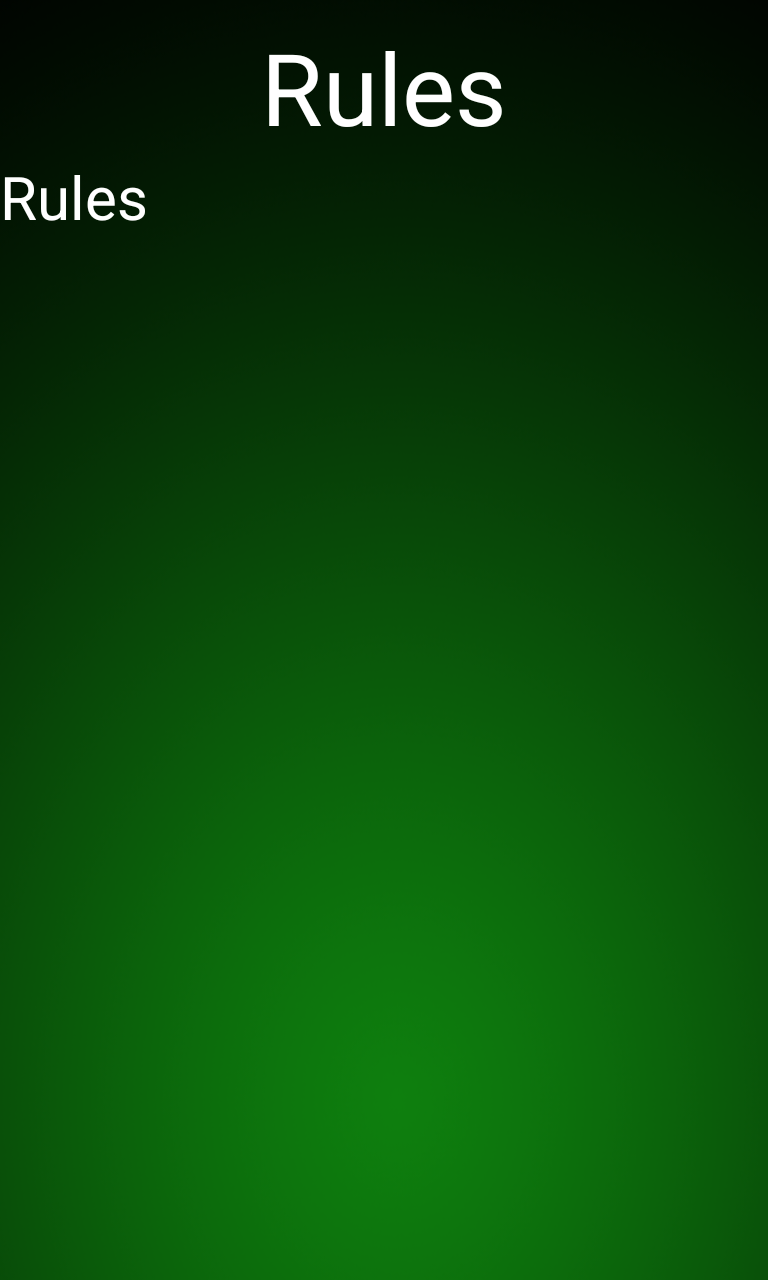
Repository: jwu14/AAProductions
Layout: EgyptianRatscrew/res/layout/activity_rules.xml
These files come from the project's save history. The layout is drawn as it stood at one moment and after the next save; the edit follows.
It is drawn on a 768 x 1280 px phone screen (xhdpi) without system bars, with theme AppTheme; the app's code is not run.

Above is the layout before, as saved 2013-03-06 21:10:30.

### EgyptianRatscrew/res/layout/activity_rules.xml
<LinearLayout xmlns:android="http://schemas.android.com/apk/res/android"
    xmlns:tools="http://schemas.android.com/tools"
    android:layout_width="fill_parent"
    android:layout_height="fill_parent"
    android:background="@drawable/bg"
    android:gravity="center"
    android:orientation="vertical"
    android:paddingBottom="10dp"
    android:paddingTop="10dp"
    tools:context=".StatsActivity" >

    <TextView
        android:id="@+id/rules"
        android:layout_width="match_parent"
        android:layout_height="68dp"
        android:clickable="false"
        android:gravity="center_horizontal"
        android:text="Rules"
        android:textColor="#FFFFFF"
        android:textSize="50sp" />

     <TextView
        android:id="@+id/info"
        android:layout_width="match_parent"
        android:layout_height="0dip"
        android:layout_weight="0.23"
        android:clickable="false"
        android:text="Rules"
        android:textColor="#FFFFFF"
        android:textSize="30sp" />

</LinearLayout>

After the next save:
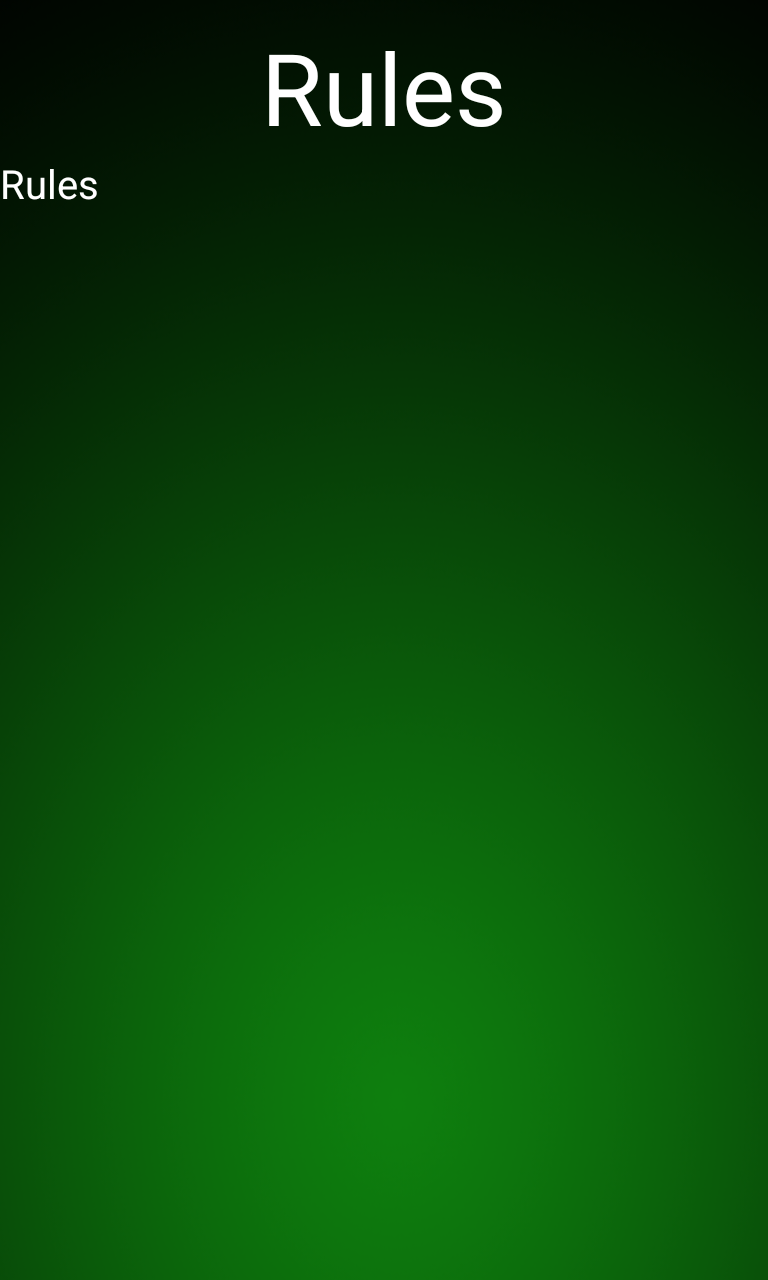
Saved 93 s later.
--- a/EgyptianRatscrew/res/layout/activity_rules.xml
+++ b/EgyptianRatscrew/res/layout/activity_rules.xml
@@ -27,6 +27,6 @@
         android:clickable="false"
         android:text="Rules"
         android:textColor="#FFFFFF"
-        android:textSize="30sp" />
+        android:textSize="20sp" />
 
 </LinearLayout>
